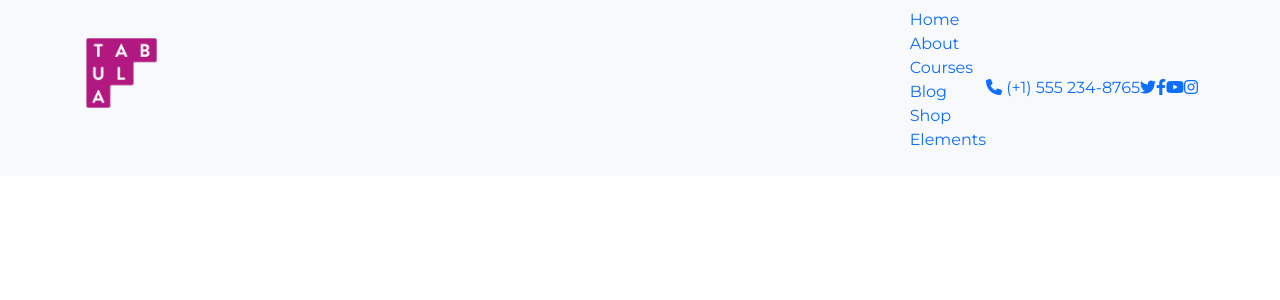
Repository: minhtrivu6199/tabula
Page: index.html
An editor plug-in stored every save of this project. The page is shown before and after the next save, followed by the edit.
The browser window is 1280 px wide. The pictures show the whole page.
Some web libraries are served in a nearby version. The style sheet was rebuilt from its Sass, Less or Tailwind sources for each picture, by a compiler version that may differ from the author's.

Above is the page before, as saved 2022-09-27 15:30:27.

After the next save:
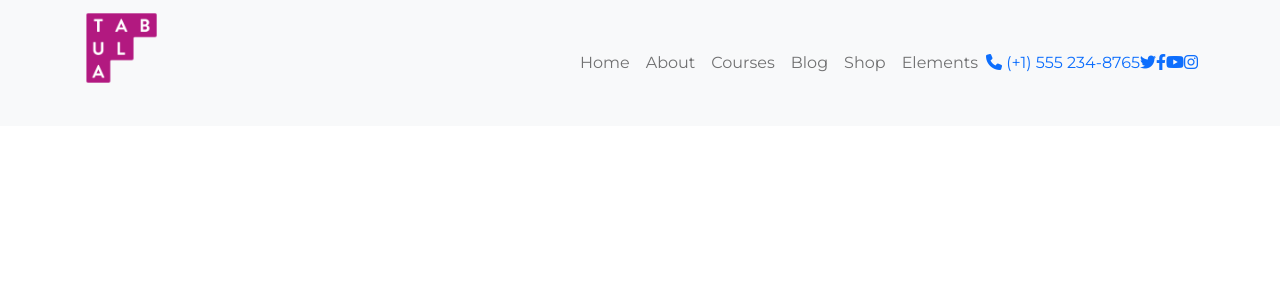
Saved 42 s later.
--- a/index.html
+++ b/index.html
@@ -50,24 +50,24 @@
           </div>
           <div class="header-right">
             <div class="header-menu d-xs-none">
-              <ul class="menu">
-                <li class="menu-item">
-                  <a href="" class="menu-link"> Home </a>
+              <ul class="navbar-nav menu">
+                <li class="nav-item">
+                  <a href="" class="nav-link"> Home </a>
                 </li>
-                <li class=menu-item">
-                  <a href="" class="menu-link"> About </a>
+                <li class="nav-item">
+                  <a href="" class="nav-link"> About </a>
                 </li>
-                <li class="menu-item">
-                  <a href="" class="menu-link"> Courses </a>
+                <li class="nav-item">
+                  <a href="" class="nav-link"> Courses </a>
                 </li>
-                <li class="menu-item">
-                  <a href="" class="menu-link"> Blog </a>
+                <li class="nav-item">
+                  <a href="" class="nav-link"> Blog </a>
                 </li>
-                <li class="menu-item">
-                  <a href="" class="menu-link"> Shop </a>
+                <li class="nav-item">
+                  <a href="" class="nav-link"> Shop </a>
                 </li>
-                <li class="menu-item">
-                  <a href="" class="menu-link"> Elements </a>
+                <li class="nav-item">
+                  <a href="" class="nav-link"> Elements </a>
                 </li>
               </ul>
             </div>
